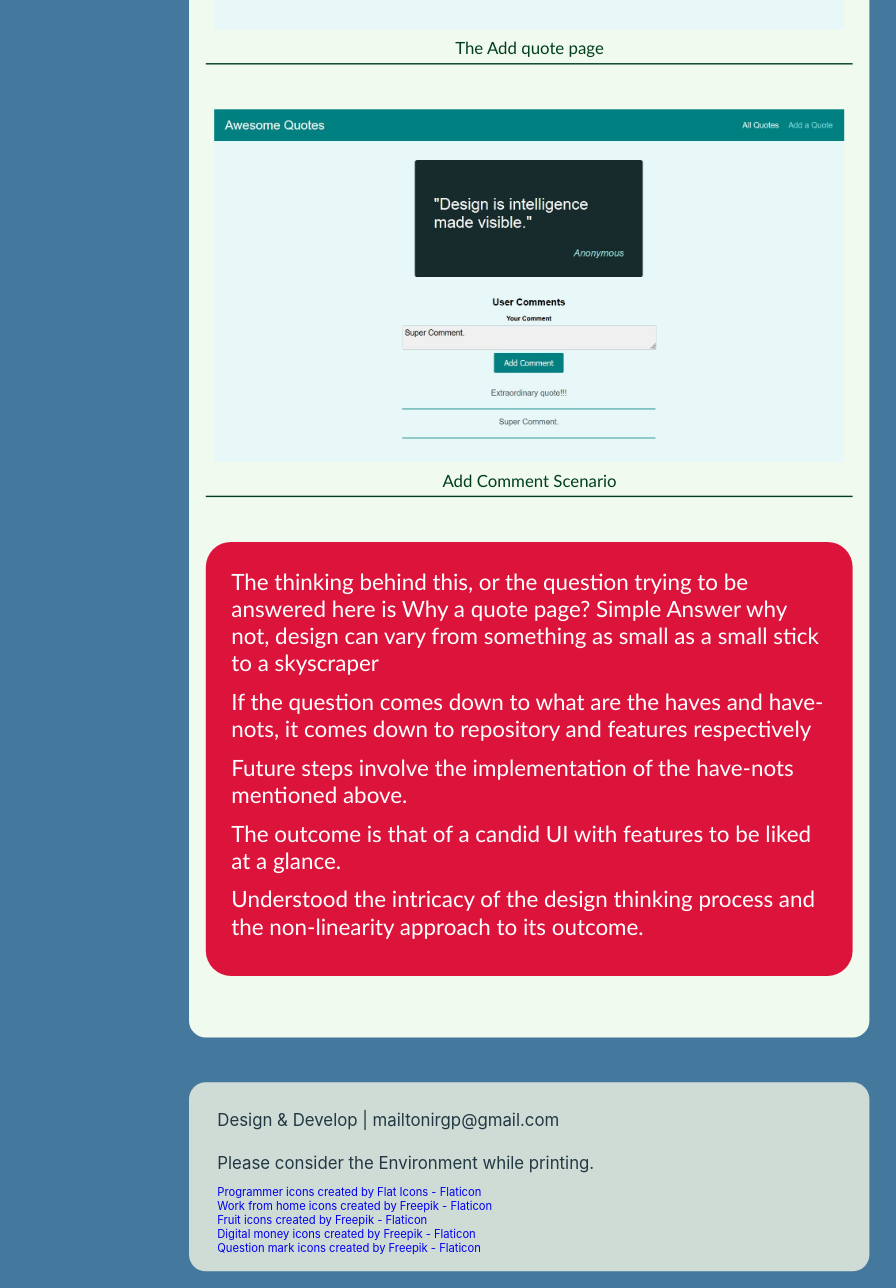
Repository: niranjangp/portfolioReact
Page: /cs-four
An editor plug-in stored every save of this project. The page is shown before and after the next save, followed by the edit.
The browser window is 1280 px wide. The pictures show the part of the page from y = 1363 to 3283 px (the page is 3203 px tall before and 3283 px after), at 70% of full size.
The project was rebuilt for these pictures with package versions that can differ from the ones it lists, and the page was loaded fresh each time. Also part of the build but not shown: src/pages/enterDesign.jsx, src/pages/csOne.jsx, src/pages/csTwo.jsx, src/pages/csThree.jsx, src/pages/notFound.jsx.

Above is the page before, as saved 2022-02-02 01:45:21.

After the next save:
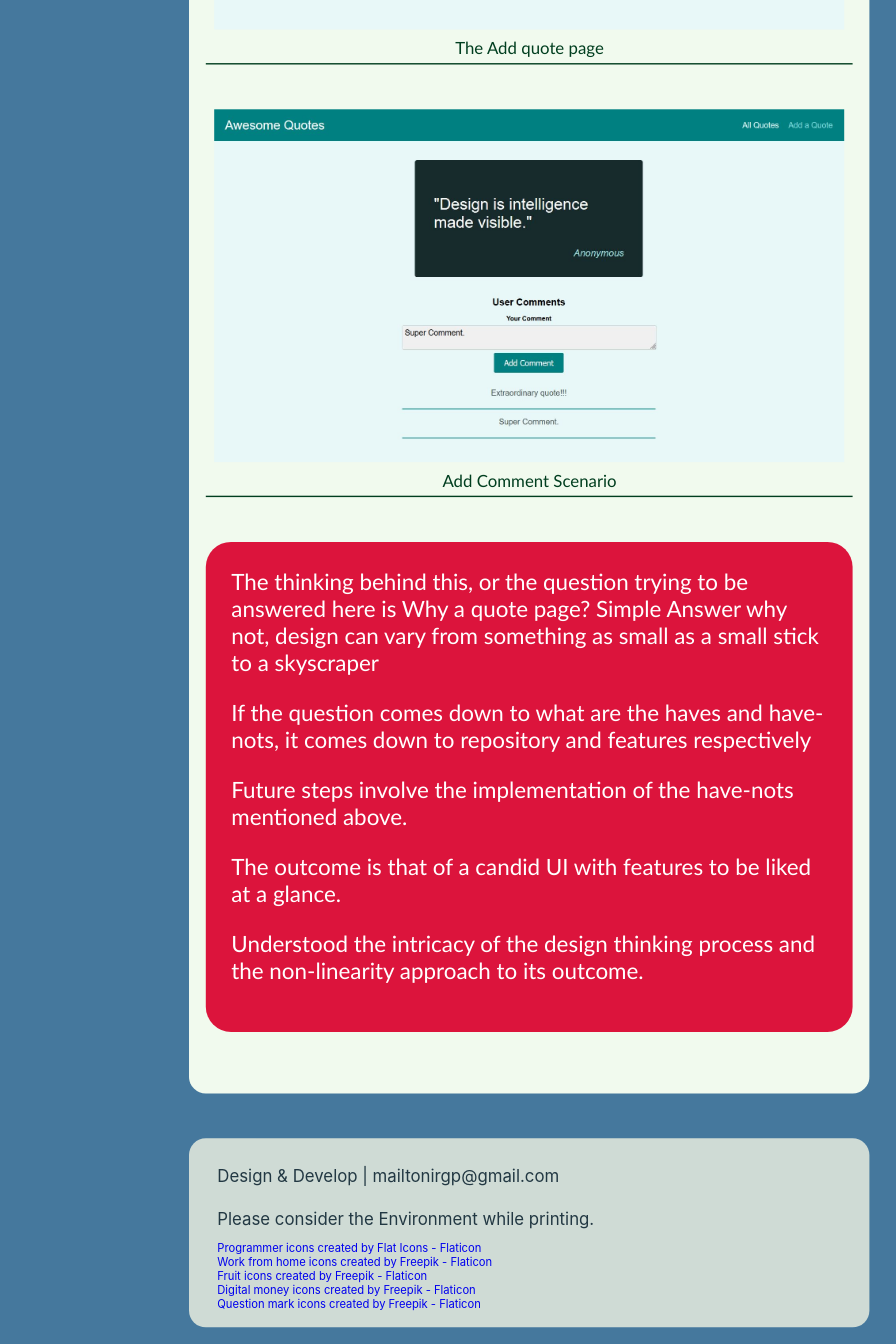
Saved 4 min 21 s later.
--- a/src/App.css
+++ b/src/App.css
@@ -431,7 +431,7 @@ footer {
 }
 
 .mrg-last-blk p {
-  padding-bottom: 1rem;
+  padding-bottom: 2rem;
 }
 
 
